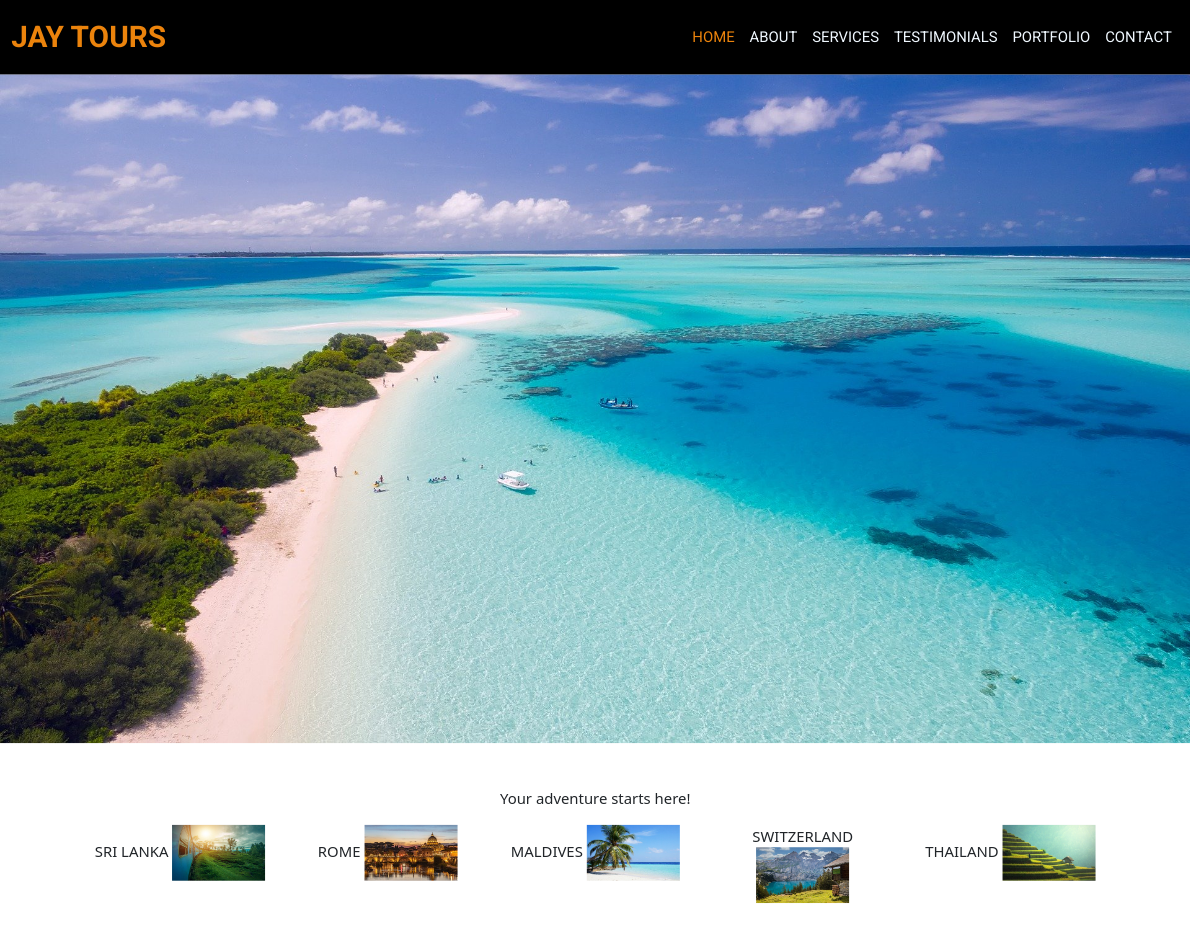
Repository: kasundiudn/Jay-Travel
Page: index.html
An editor plug-in stored every save of this project. The page is shown before and after the next save, followed by the edit.
The browser window is 1280 px wide. The pictures show the whole page, at 93% of full size.

Above is the page before, as saved 2025-06-26 10:26:25.

### index.html
<!doctype html>
<html lang="en">
  <head>
    <meta charset="utf-8">
    <meta name="viewport" content="width=device-width, initial-scale=1">
    <title>Bootstrap demo</title>
    <link rel="preconnect" href="https://fonts.googleapis.com">
    <link rel="preconnect" href="https://fonts.gstatic.com" crossorigin>
    <link href="https://fonts.googleapis.com/css2?family=Roboto:ital,wght@0,100..900;1,100..900&display=swap" rel="stylesheet">
    <link href="https://cdn.jsdelivr.net/npm/bootstrap@5.3.7/dist/css/bootstrap.min.css" rel="stylesheet" integrity="sha384-LN+7fdVzj6u52u30Kp6M/trliBMCMKTyK833zpbD+pXdCLuTusPj697FH4R/5mcr" crossorigin="anonymous">
  <style>
    header{  font-family: "Roboto", sans-serif;
           }
    .nav-link{
        color: aliceblue;
    }

  </style>
  </head>
  <body>
<header>
    <nav class="navbar navbar-expand-lg " style="background-color: black; height: 80px;">
  <div class="container-fluid">
    <a class="navbar-brand" href="#" style="color: #eb830c; font-weight: bold;  font-size:xx-large;">JAY TOURS</a>
    <button class="navbar-toggler" type="button" data-bs-toggle="collapse" data-bs-target="#navbarSupportedContent" aria-controls="navbarSupportedContent" aria-expanded="false" aria-label="Toggle navigation">
      <span class="navbar-toggler-icon"></span>
    </button>
    <div class="collapse navbar-collapse justify-content-end" id="navbarSupportedContent">
      <ul class="navbar-nav mb-2 mb-lg-0">
        <li class="nav-item">
          <a class="nav-link active" aria-current="page" href="#" style="color: #eb830c;">HOME</a>
        </li>
        <li class="nav-item">
          <a class="nav-link" href="#">ABOUT</a>
        </li>
         <li class="nav-item">
          <a class="nav-link" href="#">SERVICES</a>
        </li>
         <li class="nav-item">
          <a class="nav-link" href="#">TESTIMONIALS</a>
        </li>
         <li class="nav-item">
          <a class="nav-link" href="#">PORTFOLIO</a>
        </li>
         <li class="nav-item">
          <a class="nav-link" href="#">CONTACT</a>
        </li>
    </div>
  </div>
</nav>
</header>
<img src="main.jpg" alt="Beach image" style="width: 100%; height: auto;">

<div class="container text-center my-5">
  <h1></h1>
  <p>Your adventure starts here!</p>

<div class="container text-center">
  <div class="row">
    <div class="col">
      SRI LANKA
      <img src="Sri Lanka.jpg" alt="SRI LANKA" style="width: 100px; height: 60px;">
    </div>
    <div class="col">
      ROME
      <img src="Rome.jpg" alt="ROME" style="width: 100px; height: 60px;">
    </diV>
    <div class="col">
      MALDIVES
      <img src="Maldives.jpg" alt="MALDIVES" style="width: 100px; height: 60px;">
    </div>
    <div class="col">
      SWITZERLAND
        <img src="Switzerland.jpg" alt="SWITZERLAND" style="width: 100px; height: 60px;">
    </div>
    <div class="col">
      THAILAND
        <img src="Thailand.jpg" alt="THAILAND" style="width: 100px; height: 60px;">
    </div>
  </div>
</div>

    <script src="https://cdn.jsdelivr.net/npm/@popperjs/core@2.11.8/dist/umd/popper.min.js" integrity="sha384-I7E8VVD/ismYTF4hNIPjVp/Zjvgyol6VFvRkX/vR+Vc4jQkC+hVqc2pM8ODewa9r" crossorigin="anonymous"></script>
<script src="https://cdn.jsdelivr.net/npm/bootstrap@5.3.7/dist/js/bootstrap.min.js" integrity="sha384-7qAoOXltbVP82dhxHAUje59V5r2YsVfBafyUDxEdApLPmcdhBPg1DKg1ERo0BZlK" crossorigin="anonymous"></script>
  </body>
</html>

After the next save:
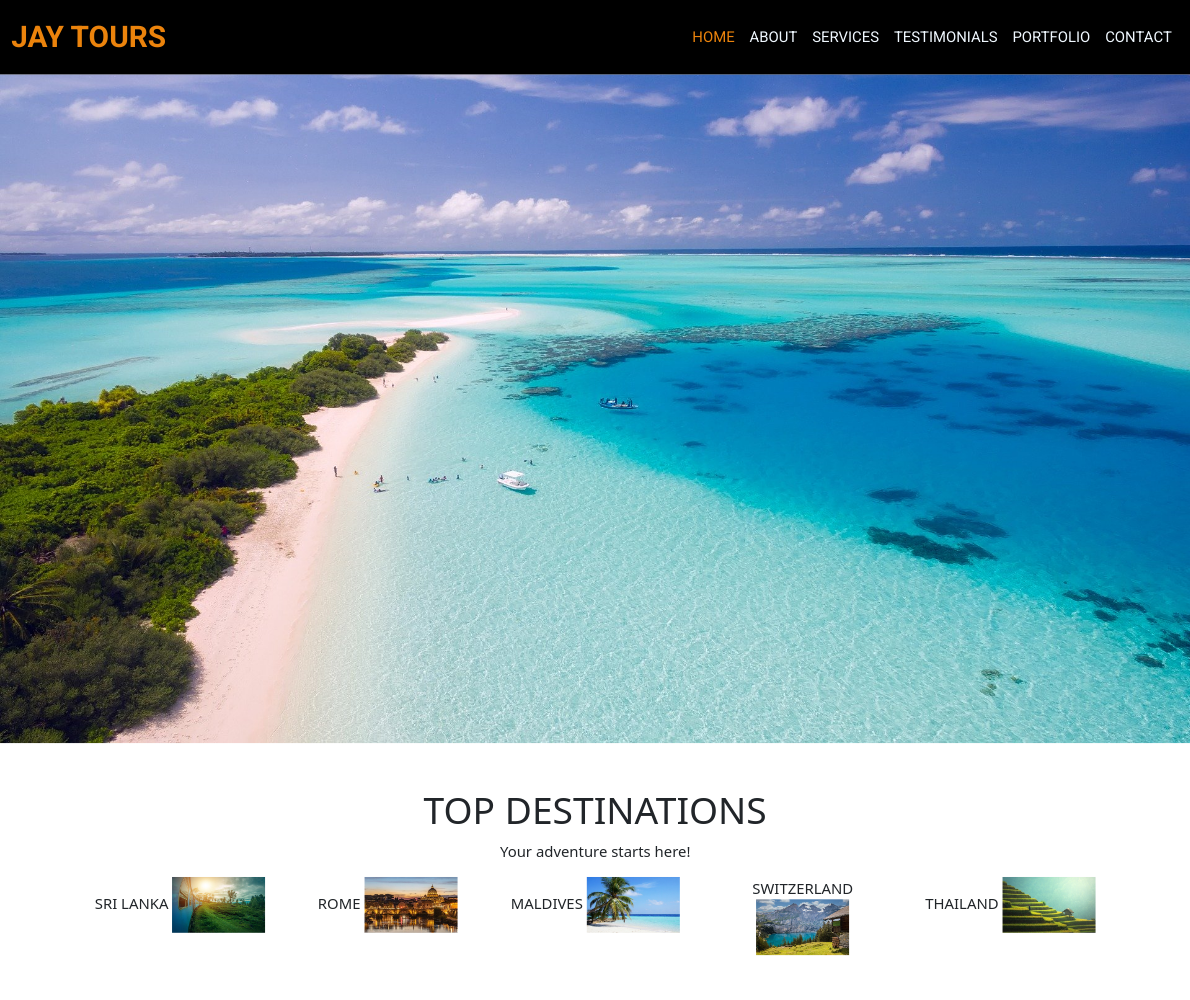
Saved 6 s later.
--- a/index.html
+++ b/index.html
@@ -52,7 +52,7 @@
 <img src="main.jpg" alt="Beach image" style="width: 100%; height: auto;">
 
 <div class="container text-center my-5">
-  <h1></h1>
+  <h1>TOP DESTINATIONS</h1>
   <p>Your adventure starts here!</p>
 
 <div class="container text-center">
